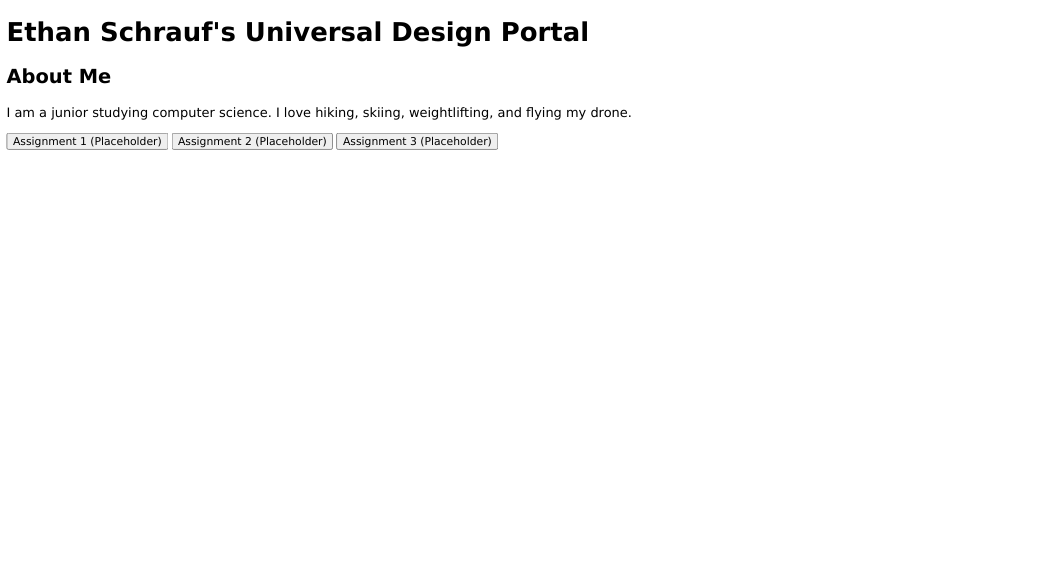
Repository: ethan-schrauf/UniversalDesignWebsite
Page: index.html
An editor plug-in stored every save of this project. The page is shown before and after the next save, followed by the edit.
The browser window is 1280 px wide. The page is 1280 px wide, then 1298 px, so the pictures cover 1298 px, including what lies to the right of the window. The pictures show the whole page, at 81% of full size.

Above is the page before, as saved 2023-09-18 21:45:18.

### index.html
<!DOCTYPE html>
<html>
    <head>
        <title>
            Universal Design Portal
        </title>
    </head>


    <h1 style="font-family: verdana">Ethan Schrauf's Universal Design Portal</h1>

    <h2 style="font-family: verdana">About Me</h2>
    <p style="font-family: verdana">I am a junior studying computer science. I love hiking, skiing, weightlifting, and flying my drone.</p>

    <button style="font-family: verdana">Assignment 1 (Placeholder)</button>
    <button style="font-family: verdana">Assignment 2 (Placeholder)</button>
    <button style="font-family: verdana">Assignment 3 (Placeholder)</button>
    </html>

After the next save:
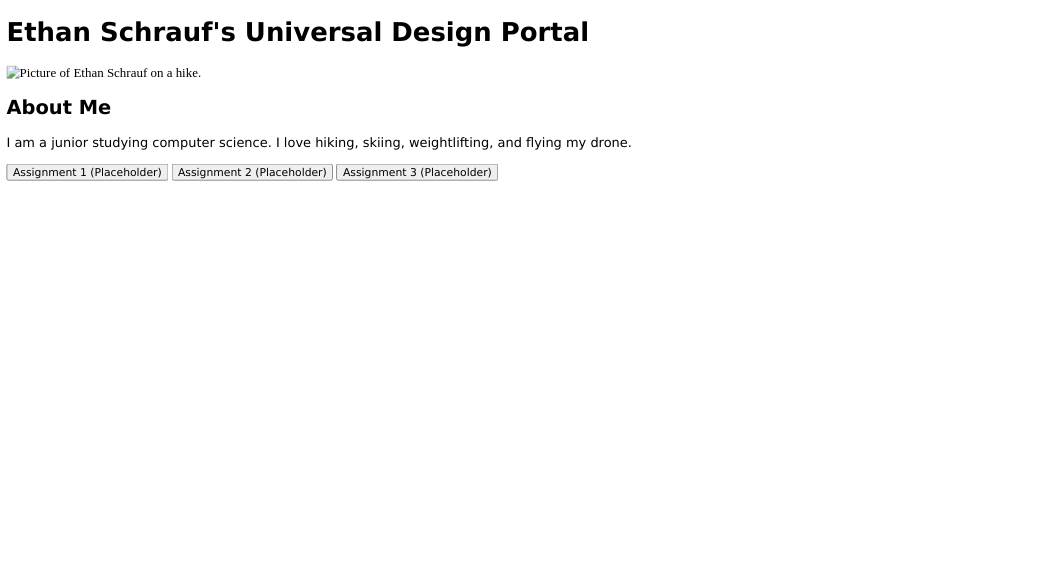
Not found: Users/ethanschrauf/Downloads/IMG_258630A4E789-1.jpeg
Saved 2 min 38 s later.
--- a/index.html
+++ b/index.html
@@ -8,6 +8,7 @@
 
 
     <h1 style="font-family: verdana">Ethan Schrauf's Universal Design Portal</h1>
+    <img src="/Users/ethanschrauf/Downloads/IMG_258630A4E789-1.jpeg" alt="Picture of Ethan Schrauf on a hike.">
 
     <h2 style="font-family: verdana">About Me</h2>
     <p style="font-family: verdana">I am a junior studying computer science. I love hiking, skiing, weightlifting, and flying my drone.</p>

After the 2 saves that followed:
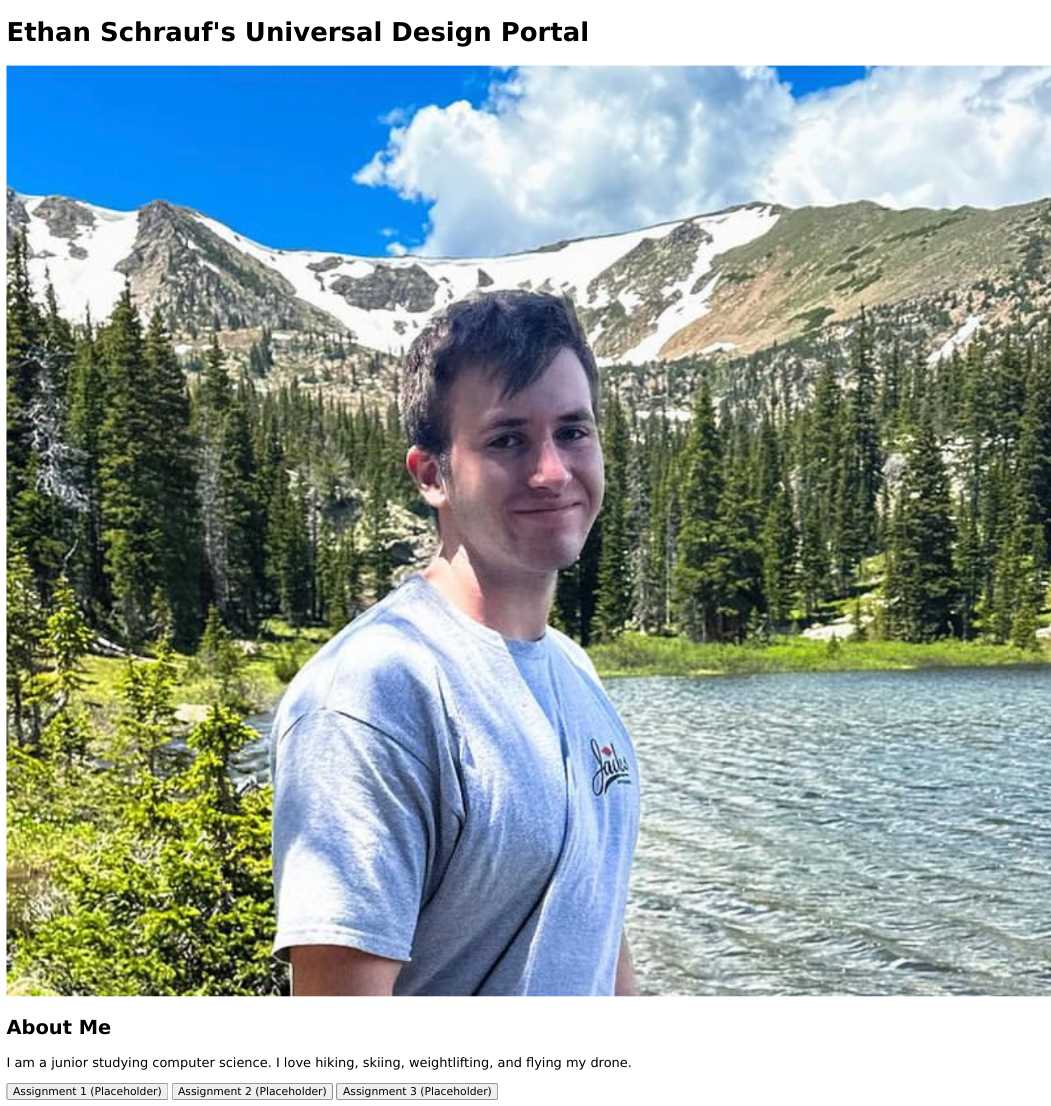
The 2 saves are shown as one change because 1 left the picture as it was.
The last was saved 2 min 51 s later.
--- a/index.html
+++ b/index.html
@@ -8,7 +8,7 @@
 
 
     <h1 style="font-family: verdana">Ethan Schrauf's Universal Design Portal</h1>
-    <img src="/Users/ethanschrauf/Downloads/IMG_258630A4E789-1.jpeg" alt="Picture of Ethan Schrauf on a hike.">
+    <img src="images/IMG_258630A4E789-1.jpeg" alt="Picture of Ethan Schrauf on a hike.">
 
     <h2 style="font-family: verdana">About Me</h2>
     <p style="font-family: verdana">I am a junior studying computer science. I love hiking, skiing, weightlifting, and flying my drone.</p>
